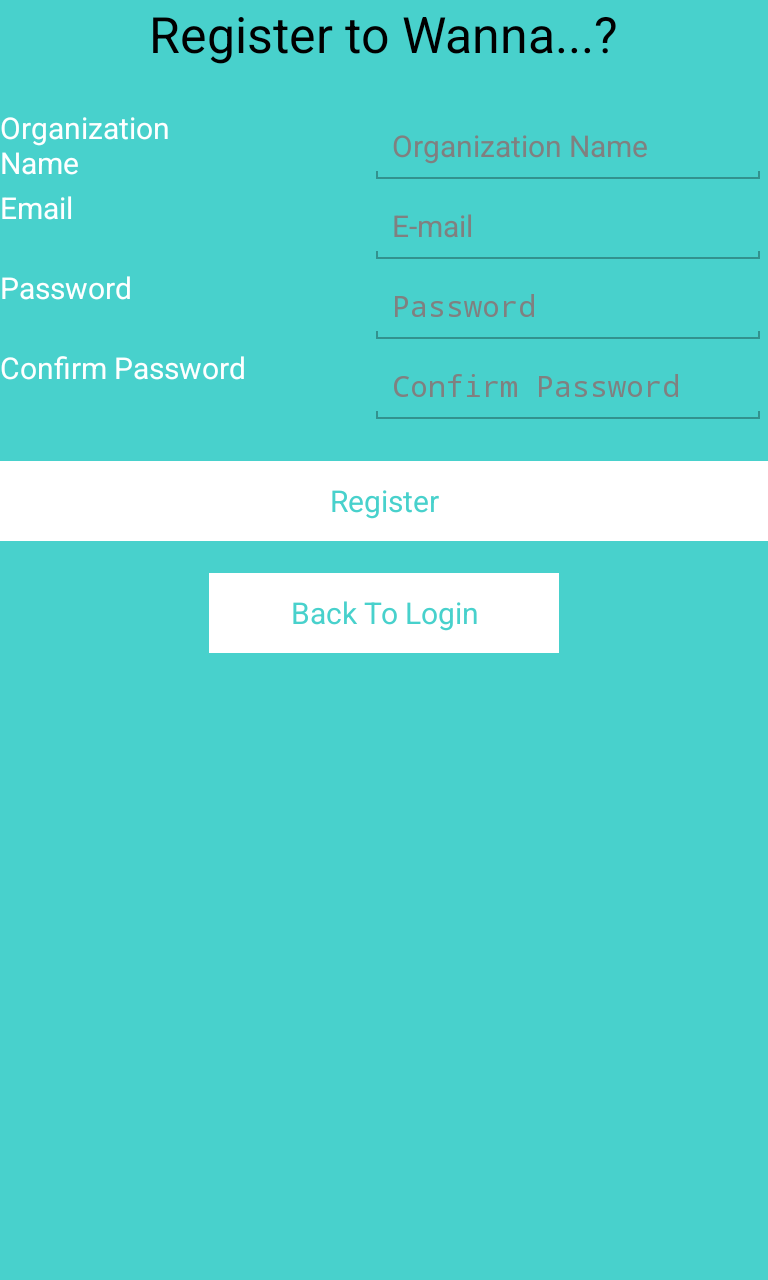
Repository: COMP231-S63G1/COMP231-S63G1
Layout: Wanna/res/layout/activity_register_organization.xml
The author's editor kept a copy of each file at every save. The layout is drawn from the files as they stood at one save, then again after the next save.
It is drawn on a 768 x 1280 px phone screen (xhdpi) without system bars, with theme AppTheme; the app's code is not run.

Above is the layout before, as saved 2014-11-29 20:16:46.

### Wanna/res/layout/activity_register_organization.xml
<RelativeLayout xmlns:android="http://schemas.android.com/apk/res/android"
    xmlns:tools="http://schemas.android.com/tools"
    android:layout_width="match_parent"
    android:layout_height="match_parent"
    android:background="#48D1CC"
    tools:context="${relativePackage}.${activityClass}" >

 <TextView
            android:layout_width="wrap_content"
            android:layout_height="wrap_content"
            android:text="@string/registerTo"
            android:id="@+id/registerTitle"
            android:layout_gravity="center"
            android:layout_alignParentTop="true"
            android:layout_centerHorizontal="true"
            android:textColor="#000000"
            android:layout_marginBottom="20dp"
            android:textSize="25sp"
            />

    <TextView
            android:layout_width="125dp"
            android:layout_height="40dp"
            android:text="Organization Name"
            android:id="@+id/registerOrganizationName"
            android:textColor="#ffffff"
            android:layout_below="@+id/registerTitle"
            android:layout_alignParentLeft="true"
            android:textSize="15dp"/>

    <EditText
            android:layout_width="200dp"
            android:layout_height="40dp"
            android:id="@+id/oname"
            android:hint="Organization Name"
            android:textColor="#000000"
            android:layout_alignTop="@+id/registerOrganizationName"
            android:layout_alignParentRight="true"
            android:textSize="15dp"/>


    <TextView
            android:layout_width="125dp"
            android:layout_height="40dp"
            android:textColor="#ffffff"
            android:text="Email"
            android:id="@+id/registerEmail"
            android:layout_below="@+id/registerOrganizationName"
            android:layout_alignRight="@+id/registerOrganizationName"
            android:textSize="15dp"/>

    <EditText
            android:layout_width="200dp"
            android:layout_height="40dp"
            android:textColor="#000000"
            android:inputType="textEmailAddress"
            android:ems="10"
            android:id="@+id/email"
            android:hint="E-mail"
            android:layout_below="@+id/oname"
            android:layout_alignParentRight="true"
            android:textSize="15dp"/>

    <TextView
            android:layout_width="125dp"
            android:layout_height="40dp"
            android:textColor="#ffffff"
            android:text="Password"
            android:id="@+id/registerPassword"
            android:layout_below="@+id/registerEmail"
            android:layout_alignRight="@+id/registerEmail"
            android:textSize="15dp"/>

    <EditText
            android:layout_width="200dp"
            android:layout_height="40dp"
            android:textColor="#000000"
            android:inputType="textPassword"
            android:id="@+id/pword"
            android:hint="Password"
            android:layout_alignTop="@+id/registerPassword"
            android:layout_alignParentRight="true"
            android:textSize="15dp"/>

    <EditText
            android:layout_width="200dp"
            android:layout_height="40dp"
            android:textColor="#000000"
            android:inputType="textPassword"
            android:ems="10"
            android:id="@+id/confirmPassword"
            android:hint="Confirm Password"
            android:layout_alignLeft="@+id/pword"
            android:layout_below="@+id/registerPassword"
            android:textSize="15dp"/>

    <TextView
            android:layout_width="300dp"
            android:layout_height="40dp"
            android:textColor="#ffffff"
            android:text="Confirm Password"
            android:id="@+id/registerConfirmPassword"
            android:layout_alignTop="@+id/confirmPassword"
            android:layout_alignRight="@+id/registerPassword"
            android:textSize="15dp"/>

    <TextView
            android:layout_width="fill_parent"
            android:layout_height="56dp"
            android:textColor="#000000"
            android:id="@+id/register_error"
            android:layout_below="@+id/register"
            android:layout_alignParentRight="true"/>

    <Button
        android:id="@+id/bktologin"
        android:layout_width="175dp"
        android:layout_height="40dp"
        android:layout_alignBottom="@+id/register_error"
        android:layout_centerHorizontal="true"
        android:background="#ffffff"
        android:onClick="onBackLoginClick"
        android:text="Back To Login"
        android:textColor="#48D1CC"
        android:textSize="15sp" />

    <Button
        android:id="@+id/register"
        android:layout_width="fill_parent"
        android:layout_height="40dp"
        android:layout_below="@+id/confirmPassword"
        android:layout_centerHorizontal="true"
        android:layout_marginTop="17dp"
        android:background="#FFFFFF"
        android:onClick="onRegisterClick"
        android:text="Register"
        android:textColor="#48D1CC"
        android:textSize="15sp" />

</RelativeLayout>

### Wanna/res/values/strings.xml
<?xml version="1.0" encoding="utf-8"?>
<resources>

    <string name="app_name">Wanna...?</string>
    <string name="hello_world">Hello world!</string>
    <string name="action_settings">Settings</string>
    <string name="welcome">Wanna...?</string>
    <string name="email">E-mail</string>
    <string name="enterButton"> ENTER </string>
    <string name="title_activity_register_login">RegisterLogin</string>
    <string name="title_activity_home_page">Home</string>
    <string name="login">LOGIN</string>
    <string name="personRegister">PERSON REGISTER</string>
    <string name="organizationRegister">ORGANIZATION REGISTER</string>
    <string name="username">Username</string>
    <string name="name">Name:</string>
    <string name="password">Password</string>
    <string name="forgetPassword">Forgot Password</string>
    <string name="retypePassword">Retype Password</string>
    <string name="changePass">Change your Password</string>
    <string name="newPass">New Password</string>
    <string name="registerTo">Register to Wanna...?</string>
    <string name="loginButton">LOGIN</string>
    <string name="title_activity_create_event">Create Event</string>
    <string name="eventName">Event Name: </string>
    <string name="eventDescription">Description: </string>
    <string name="eventDate">Date: </string>
    <string name="eventTime">Time: </string>
    <string name="eventVenue">Venue: </string>
    <string name="eventLocation">Address: </string>
    <string name="eventPrice">Price range: </string>
    <string name="eventPurchase">Buy tickets now!</string>
    <string name="gender">Gender:</string>
    <string name="genderMale">Male</string>
    <string name="genderFemale">Female</string>
    <string name="age">Age:</string>
    <string name="description">Description:</string>
    <string name="done">Done</string>
    <string name="cancel">Cancel</string>
    <string name="activity_profile_form">Profile Form</string>
    <string name="uploadImage">Upload Image</string>
    <string name="hintEventTime">Ex. 12am</string>
    <string name="hintEventDate">Ex. 1/1/2014</string>
    <string name="hintPrice">Ex. $35-$45</string>
    <string name="buttonCreateEvent">Create!</string>
    <string name="btnSearch">Search</string>
    <string name="searchEventName">Search Event Name</string>
    <string name="update">Update</string>
    <string name="delete">Delete</string>
    <string name="eventType">Event Type: </string>
    <string name="buttonBack">Back</string>
    <string name="buttonEditProfile">Edit Profile</string>
    <string name="title_activity_editEvent">Edit Event</string>
    <string name="editEvent">Edit Event</string>
    <string name="joinEvent">Join Event</string>
    <string name="profileStatusString">Status</string>
    <string name="changeImage">Change Image</string>
    <string name="buttonSaveEvent">Save</string>
    <string name="privacyPublic">Public</string>
    <string name="privacyPrivate">Private</string>
    <string name="selectGroupType">Select Group Type</string>
    <string name="selectGroupPrivacy">Select Group Privacy</string>
    <string name="selectEventType">Select Event Type</string>
    <string name="btnSave">Save</string>
    <string name="search_event_category">Search Event Category</string>

    <string-array name="createEventArray">
        <item>Sports</item>
        <item>Entertainment</item>
    </string-array>

    <string name="title_activity_search_event">Wanna?</string>
    <string name="title_activity_edit_profile_form">EditProfileForm</string>
    <string name="title_activity_view_event_detail">ViewEventDetail</string>
    <string name="title_activity_edit_profile">EditProfile</string>
    <string name="title_activity_profile__form">Profile_Form</string>
    <string name="title_activity_view_profile_information">ViewProfileInformation</string>
    <string name="title_activity_register">Register</string>
    <string name="title_activity_view_and_join_event">ViewAndJoinEventActivity</string>
    <string name="title_activity_try">TryActivity</string>
    <string name="title_activity_">Activity</string>
    <string name="title_activity_search_event_result">SearchEventResult</string>
    <string name="title_activity_create_group">Create a New Group</string>
    <string name="buttonCreateGroup">Create Group</string>
    <string name="groupName">Group Name:</string>
    <string name="groupDescription">Description</string>
    <string name="buttonCancel">Cancel</string>

    <string-array name="createGroupArray">
        <item>Sports</item>
        <item>Music</item>
        <item>Video Games</item>
        <item>Comics</item>
    </string-array>

    <string name="title_activity_search_groups">Search for Groups</string>
    <string name="search_group_name">Search Group Name</string>
    <string name="search_group_category">Search Group Category</string>
    <string name="search_group_instructions">Search by name OR category</string>

    <string-array name="searchGroupCategory">
        <item>Sports</item>
        <item>Music</item>
        <item>Video Games</item>
        <item>Comics</item>
    </string-array>

    <string name="title_activity_group_search_result">Search Results</string>
    <string name="searchResultsTv">Search results for</string>
    <string name="title_activity_edit_group">Edit Group Information</string>
    <string name="title_activity_search_group_result">SearchGroupResult</string>
    <string name="title_activity_view_public_group">Wanna...?</string>
    <string name="title_activity_view_private_group">Wanna...?</string>
    <string name="title_activity_search_user_result">SearchUserResult</string>
    <string name="title_activity_search_user_name">Wanna...?</string>
    <string name="title_activity_search_username">Wanna...?</string>
    <string name="title_activity_search_user_status">Wanna...?</string>
    <string name="title_activity_get_created_event">GetCreatedEvent</string>
    <string name="title_activity_get_joined_event">GetJoinedEvent</string>
    <string name="profileGetCreatEventTextView">Created Event: </string>
    <string name="profileGetJoinEventTextView">Joined Event: </string>
    <string name="profileGetCreatGroupTextView">Created Group: </string>
    <string name="profileGetJoinGroupTextView">Joined Group: </string>
    <string name="title_activity_register_organization">RegisterOrganization</string>
    <string name="title_activity_get_created_group">GetCreatedGroup</string>
    <string name="title_activity_get_joined_group">GetJoinedGroup</string>
    <string name="title_activity_create_organization_profile">CreateOrganizationProfile</string>
    <string name="title_activity_organization_login_success">OrganizationLoginSuccess</string>
    <string name="title_activity_view_organization_profile">ViewOrganizationProfile</string>
    <string name="title_activity_edit_organization_profile">EditOrganizationProfile</string>

    <string-array name="locationRangeOptions">
        <item>2km </item>
        <item>5km </item>
        <item>10km </item>
        <item>15km </item>
    </string-array>

    <string name="title_activity_view_created_group">ViewCreatedGroup</string>

</resources>

Loaded but not shown: Wanna/res/values/styles.xml (common file); Wanna/res/values-v11/styles.xml (common file); Wanna/res/values-v14/styles.xml (common file)

After the next save:
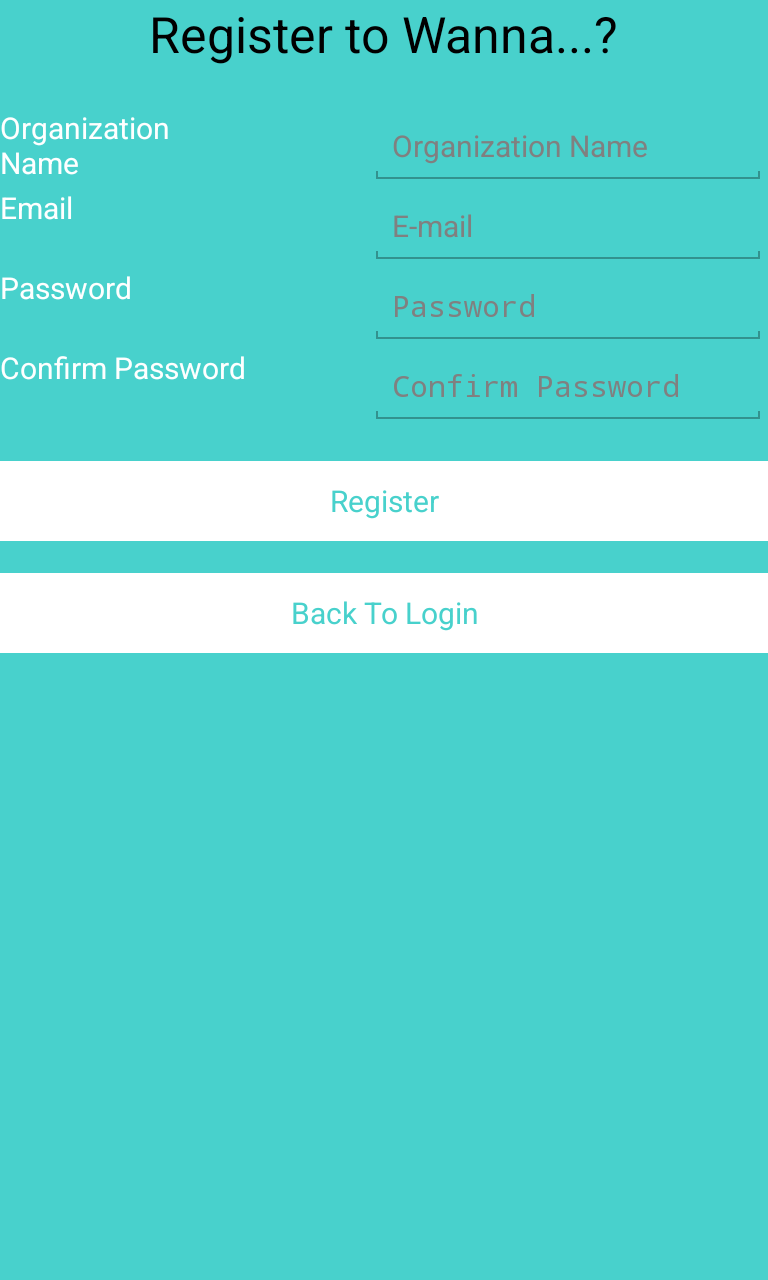
Saved 8 s later.
--- a/Wanna/res/layout/activity_register_organization.xml
+++ b/Wanna/res/layout/activity_register_organization.xml
@@ -114,7 +114,7 @@
 
     <Button
         android:id="@+id/bktologin"
-        android:layout_width="175dp"
+        android:layout_width="fill_parent"
         android:layout_height="40dp"
         android:layout_alignBottom="@+id/register_error"
         android:layout_centerHorizontal="true"
